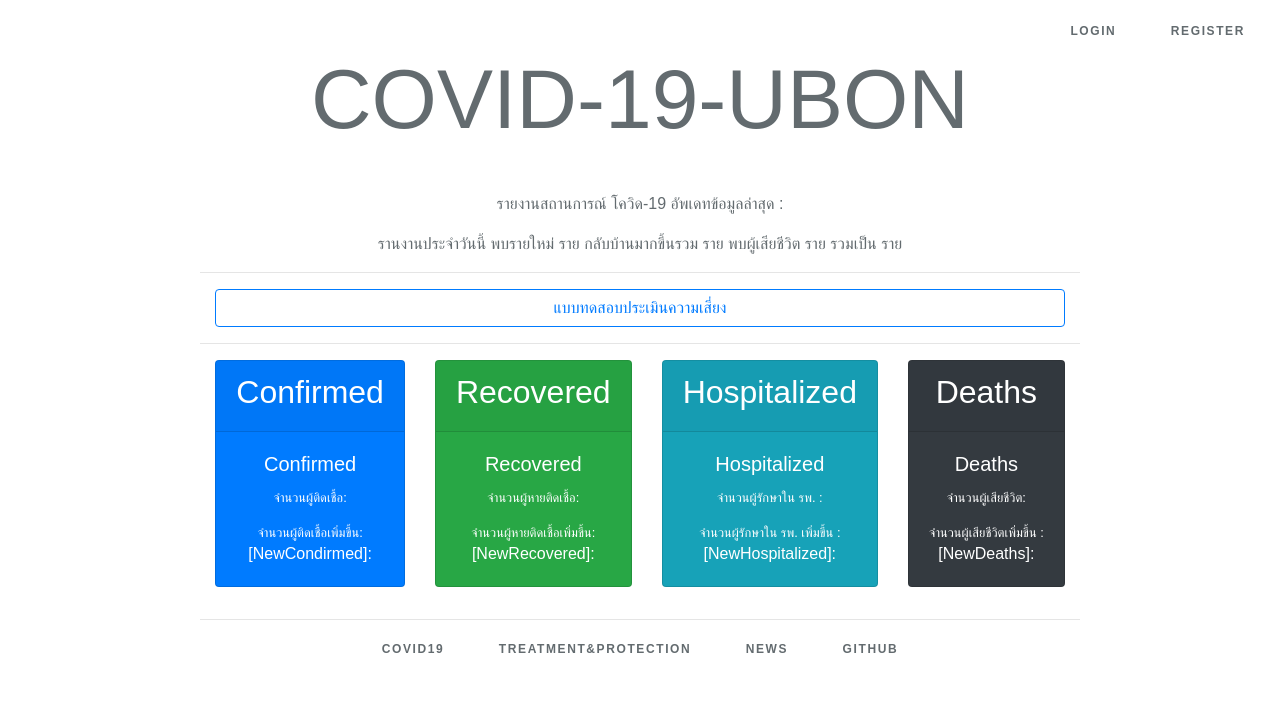
Repository: tlexDett/Covid19Ubon
Page: resources/views/welcome.blade.php
These files come from the project's save history. The page is drawn as it stood at one moment and after the next save; the edit follows.
The browser window is 1280 px wide. The pictures show the whole page.
Some web fonts or font styles are not loaded; a fallback is used. The page is served by the project's Laravel application, run on PHP 8.4 with Laravel 8. The template is opened directly, without the code that normally fills it, so the values that code supplies are empty.

Above is the page before, as saved 2020-05-06 16:44:07.

After the next save:
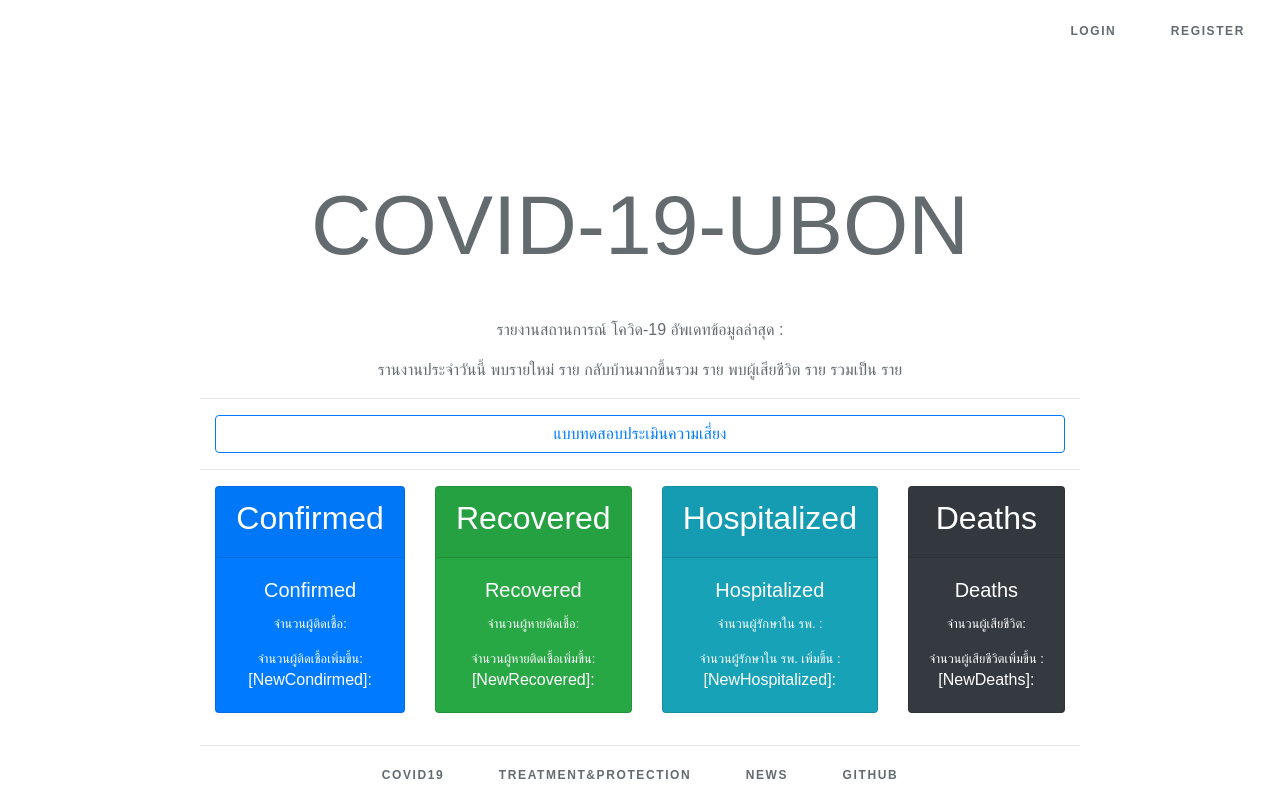
Saved 41 s later.
--- a/Covid19Ubon/resources/views/welcome.blade.php
+++ b/Covid19Ubon/resources/views/welcome.blade.php
@@ -79,10 +79,10 @@
                     @endauth
                 </div>
             @endif
-            <br><br>
+
             <div class="content">
                 <div class="title m-b-md v">
-
+                <br><br>
                     COVID-19-UBON
                 </div>
                 <p>รายงานสถานการณ์ โควิด-19
